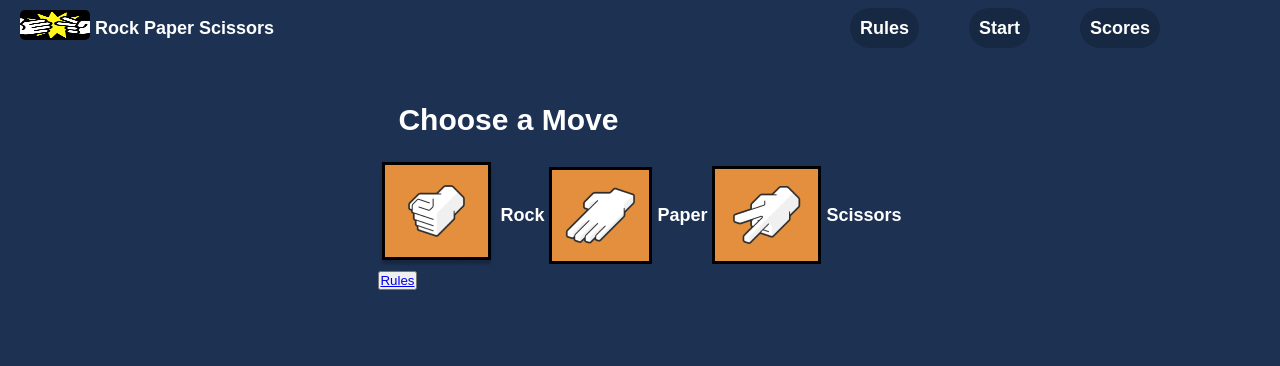
Repository: MikkyPrestige/rock-paper-scissors
Page: game.html
The author's editor kept a copy of each file at every save. The page is drawn from the files as they stood at one save, then again after the next save.
The browser window is 1280 px wide. The pictures show the whole page.

Above is the page before, as saved 2023-05-08 06:26:34.

### game.html
<!DOCTYPE html>
<html lang="en">

<head>
  <meta charset="UTF-8">
  <meta http-equiv="X-UA-Compatible" content="IE=edge">
  <meta name="viewport" content="width=device-width, initial-scale=1.0">
  <title>Rock, Paper, Scissors</title>
  <link rel="stylesheet" href="./index.css">
</head>

<body>
  <main>
    <header>
      <figure>
        <a href="/">
          <img src="./img/logo.png" alt="Logo" class="logo">
        </a>
        <figcaption>Rock Paper Scissors</figcaption>
      </figure>
      <nav>
        <ul>
          <li><a href="#rule">Rules</a></li>
          <li><a href="./game.html">Start</a></li>
          <li><a href="#">Scores</a></li>
        </ul>
      </nav>
    </header>
    <section class="game">
      <h1 class="game--title">Choose a Move</h1>
      <figure>
        <img src="./img/rock.png" alt="Rock image">
        <figcaption>Rock</figcaption>
        <img src="./img/paper.png" alt="paper image">
        <figcaption>Paper</figcaption>
        <img src="./img/scissors.png" alt="scissors image">
        <figcaption>Scissors</figcaption>
      </figure>
      <button class="rule-btn">
        <a href="./index.html#rule">Rules</a>
      </button>
    </section>
  </main>
</body>

</html>

### index.css
*,
*::after,
*::before {
  box-sizing: border-box;
  margin: 0;
  padding: 0;
}

html {
  font-size: 62.5%;
}

body {
  font-family: "Fira Sans", sans-serif;
  font-size: 1.6rem;
  line-height: 1.5;
  background: rgba(29, 50, 83, 1);
  color: rgba(255, 255, 255, 1);
  width: 100%;
  height: 100%;
}

main {
  display: flex;
  flex-direction: column;
  justify-content: center;
  align-items: center;
  gap: 2rem;
  height: 100%;
  width: 100%;
}

header {
  display: flex;
  justify-content: space-between;
  align-items: center;
  padding: 1rem 2rem;
  width: 100%;
  height: auto;
}

figure {
  display: flex;
  align-items: center;
  gap: .5rem;
  height: auto;
}

.logo {
  width: 7rem;
  height: 3rem;
  border-radius: .5rem;
  -webkit-border-radius: .5rem;
  -moz-border-radius: .5rem;
  -ms-border-radius: .5rem;
  -o-border-radius: .5rem;
}

figcaption {
  font-size: 1.8rem;
  font-weight: 600;
  color: rgba(255, 255, 255, 1);
}

nav {
  height: auto;
  margin-right: 10rem;
}

ul {
  display: flex;
  justify-content: center;
  align-items: center;
  gap: 5rem;
  list-style: none;
}

li a {
  font-size: 1.8rem;
  font-weight: 600;
  color: rgba(255, 255, 255, 1);
  background: linear-gradient(0deg, rgba(0, 0, 0, 0.2), rgba(0, 0, 0, 0.2)), #1D3253;
  text-decoration: none;
  padding: 1rem;
  border-radius: 2rem;
}

li a:hover {
  background: rgba(255, 255, 255, 1);
  color: rgba(29, 50, 83, 1);
  text-decoration: underline;
}

.home {
  display: flex;
  justify-content: center;
  align-items: center;
  width: 100%;
  height: 70vh;
}

.images {
  position: relative;
  height: 100%;
  flex-basis: 30%;
}

.img {
  background: rgba(253, 253, 253, 0.9);
  border-radius: 50%;
  -webkit-border-radius: 50%;
  -moz-border-radius: 50%;
  -ms-border-radius: 50%;
  -o-border-radius: 50%;
  width: 15rem;
  height: 15rem;
}

.rock {
  position: absolute;
  top: 5rem;
  left: 0rem;
}

.paper {
  position: absolute;
  top: 5rem;
  right: 5rem;
}

.scissors {
  position: absolute;
  bottom: 5rem;
  left: 8rem;
}

.content {
  display: flex;
  flex-direction: column;
  justify-content: center;
  align-items: center;
  gap: 2rem;
}

.content--title {
  font-size: 3.6rem;
  font-weight: 600;
  width: 70%;
  text-transform: uppercase;
}

.content-rock {
  color: rgba(195, 183, 183, 1);
}

.content-scissors {
  color: rgba(233, 35, 35, 1);
}

.content--text {
  font-size: 2.5rem;
  font-weight: 400;
  width: 70%;
}

.fun {
  color: rgba(233, 35, 35, 1);
}

.btn {
  width: 13rem;
  height: 5rem;
  background: #2C7AF0;
  border-radius: 1rem;
  -webkit-border-radius: 1rem;
  -moz-border-radius: 1rem;
  -ms-border-radius: 1rem;
  -o-border-radius: 1rem;
  border: none;
  margin-top: 5rem;
  transition: all .3s ease-in-out;
  -webkit-transition: all .3s ease-in-out;
  -moz-transition: all .3s ease-in-out;
  -ms-transition: all .3s ease-in-out;
  -o-transition: all .3s ease-in-out;
}

.btn a {
  text-decoration: none;
  font-size: 2rem;
  color: rgba(255, 255, 255, 1);
  cursor: pointer;
}

.btn a:hover {
  color: rgba(44, 122, 240, 1);
}

.btn:hover {
  background: rgba(255, 255, 255, .7);
}

.rule {
  width: 100%;
  height: 100%;
  background: #D0CEC9;
}

.rule--container {
  display: flex;
  flex-direction: column;
  justify-content: center;
  align-items: center;
  gap: 1rem;
  margin: 2rem;
}

.rule--title {
  font-size: 3rem;
  font-weight: 600;
  color: #000;
}

.rule--content {
  display: flex;
  justify-content: space-around;
  align-items: center;
}

.rule--img {
  width: 35rem;
  height: 35rem;
}

.rule--para {
  background: #C4C4C4;
  width: 50%;
  text-align: center;
  padding: 2rem 5rem;
  border-radius: 3rem;
  -webkit-border-radius: 3rem;
  -moz-border-radius: 3rem;
  -ms-border-radius: 3rem;
  -o-border-radius: 3rem;
  display: flex;
  flex-direction: column;
  justify-content: center;
  align-items: center;
  gap: 1rem;
}

.rule--text {
  color: rgba(0, 163, 255, 1);
}

.game--title {
  font-size: 3rem;
  font-weight: 600;
  margin: 2rem;
}

footer {
  margin: 1rem auto;
}

.footer--text {
  font-family: "Inter";
}

.footer--link {
  color: rgba(44, 122, 240, 1);
  text-decoration: none;
}

After the next save:
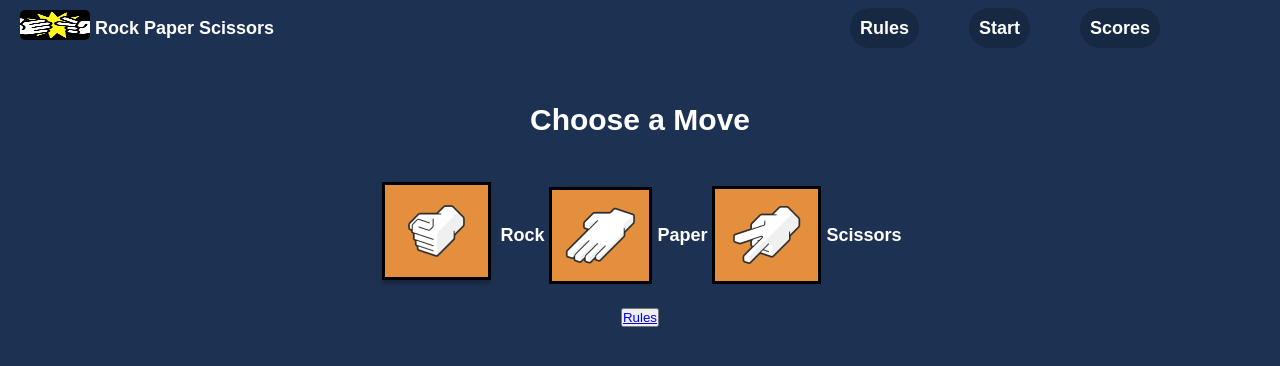
Saved 51 s later.
--- a/index.css
+++ b/index.css
@@ -253,6 +253,16 @@ li a:hover {
   color: rgba(0, 163, 255, 1);
 }
 
+.game {
+  display: flex;
+  flex-direction: column;
+  justify-content: center;
+  align-items: center;
+  gap: 2rem;
+  width: 100%;
+  height: 100%;
+}
+
 .game--title {
   font-size: 3rem;
   font-weight: 600;
